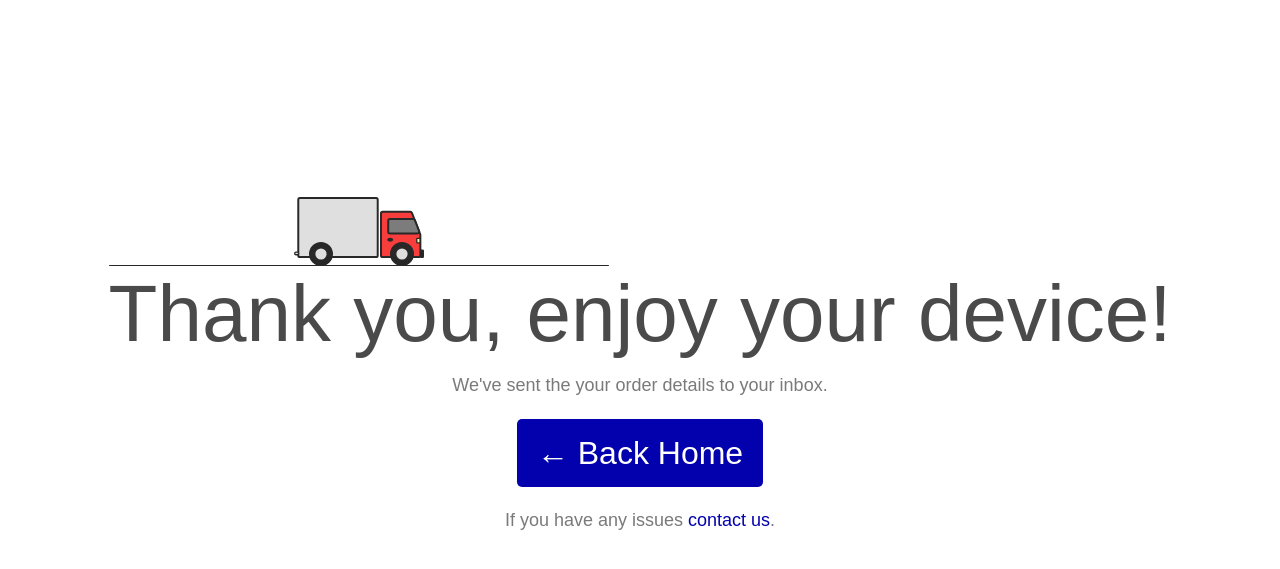
Repository: Davidobi21/macelect
Page: frontend/pages/thank-you.html
These files come from the project's save history. The page is drawn as it stood at one moment and after the next save; the edit follows.
The browser window is 1280 px wide. The pictures show the whole page.

Above is the page before, as saved 2025-05-06 10:34:10.

### frontend/pages/thank-you.html
<!DOCTYPE html>
<html lang="en">
<head>
  <meta charset="UTF-8">
  <meta name="viewport" content="width=device-width, initial-scale=1.0">
  <title>Thank You</title>
  <link href="https://cdn.jsdelivr.net/npm/bootstrap@5.3.0-alpha1/dist/css/bootstrap.min.css" rel="stylesheet">
  <style>
    body {
      display: flex;
      justify-content: center;
      align-items: center;
      height: 100vh;
      margin: 0;
      font-family: 'Arial', sans-serif;
    }

    /* From Uiverse.io by vinodjangid07 */
.loader {
  width: fit-content;
  height: fit-content;
  display: flex;
  align-items: center;
  justify-content: center;
}

.truckWrapper {
  width: 500px;
  height: 100px;
  display: flex;
  flex-direction: column;
  position: relative;
  align-items: center;
  justify-content: flex-end;
  overflow-x: hidden;
}
/* truck upper body */
.truckBody {
  width: 130px;
  height: fit-content;
  margin-bottom: 6px;
  animation: motion 1s linear infinite;
}
/* truck suspension animation*/
@keyframes motion {
  0% {
    transform: translateY(0px);
  }
  50% {
    transform: translateY(3px);
  }
  100% {
    transform: translateY(0px);
  }
}
/* truck's tires */
.truckTires {
  width: 130px;
  height: fit-content;
  display: flex;
  align-items: center;
  justify-content: space-between;
  padding: 0px 10px 0px 15px;
  position: absolute;
  bottom: 0;
}
.truckTires svg {
  width: 24px;
}

.road {
  width: 100%;
  height: 1.5px;
  background-color: #282828;
  position: relative;
  bottom: 0;
  align-self: flex-end;
  border-radius: 3px;
}
.road::before {
  content: "";
  position: absolute;
  width: 20px;
  height: 100%;
  background-color: #282828;
  right: -50%;
  border-radius: 3px;
  animation: roadAnimation 1.4s linear infinite;
  border-left: 10px solid white;
}
.road::after {
  content: "";
  position: absolute;
  width: 10px;
  height: 100%;
  background-color: #282828;
  right: -65%;
  border-radius: 3px;
  animation: roadAnimation 1.4s linear infinite;
  border-left: 4px solid white;
}

.lampPost {
  position: absolute;
  bottom: 0;
  right: -90%;
  height: 90px;
  animation: roadAnimation 1.4s linear infinite;
}

@keyframes roadAnimation {
  0% {
    transform: translateX(0px);
  }
  100% {
    transform: translateX(-350px);
  }
}

    .thank-you-container {
      text-align: center;
      padding: 40px;
      border-radius: 10px;
    }
    .thank-you-container img {
      width: 400px;
      margin-bottom: 20px;
    }
    .thank-you-container h1 {
      font-size: 5rem;
      color: #4a4a4a;
      margin-bottom: 10px;
    }
    .thank-you-container p {
      color: #7a7a7a;
      font-size: large;
      margin-bottom: 20px;
    }
    .thank-you-container .btn {
      background-color: #0300ad;
      color: #fff;
      padding: 10px 20px;
      border: none;
      border-radius: 5px;
      text-decoration: none;
      font-size: 2rem;
    }
    .thank-you-container .btn:hover {
      background-color: #e14c6a;
    }
    .thank-you-container .contact {
      margin-top: 20px;
      font-size: 0.9rem;
      color: #7a7a7a;
    }
    .thank-you-container .contact a {
      color:  #0300ad;
      text-decoration: none;
    }
    .thank-you-container .contact a:hover {
      text-decoration: underline;
    }
  </style>
</head>
<body>
  <div class="thank-you-container">
    <!-- From Uiverse.io by vinodjangid07 -->
<div class="loader">
  <div class="truckWrapper">
    <div class="truckBody">
      <svg
        xmlns="http://www.w3.org/2000/svg"
        fill="none"
        viewBox="0 0 198 93"
        class="trucksvg"
      >
        <path
          stroke-width="3"
          stroke="#282828"
          fill="#F83D3D"
          d="M135 22.5H177.264C178.295 22.5 179.22 23.133 179.594 24.0939L192.33 56.8443C192.442 57.1332 192.5 57.4404 192.5 57.7504V89C192.5 90.3807 191.381 91.5 190 91.5H135C133.619 91.5 132.5 90.3807 132.5 89V25C132.5 23.6193 133.619 22.5 135 22.5Z"
        ></path>
        <path
          stroke-width="3"
          stroke="#282828"
          fill="#7D7C7C"
          d="M146 33.5H181.741C182.779 33.5 183.709 34.1415 184.078 35.112L190.538 52.112C191.16 53.748 189.951 55.5 188.201 55.5H146C144.619 55.5 143.5 54.3807 143.5 53V36C143.5 34.6193 144.619 33.5 146 33.5Z"
        ></path>
        <path
          stroke-width="2"
          stroke="#282828"
          fill="#282828"
          d="M150 65C150 65.39 149.763 65.8656 149.127 66.2893C148.499 66.7083 147.573 67 146.5 67C145.427 67 144.501 66.7083 143.873 66.2893C143.237 65.8656 143 65.39 143 65C143 64.61 143.237 64.1344 143.873 63.7107C144.501 63.2917 145.427 63 146.5 63C147.573 63 148.499 63.2917 149.127 63.7107C149.763 64.1344 150 64.61 150 65Z"
        ></path>
        <rect
          stroke-width="2"
          stroke="#282828"
          fill="#FFFCAB"
          rx="1"
          height="7"
          width="5"
          y="63"
          x="187"
        ></rect>
        <rect
          stroke-width="2"
          stroke="#282828"
          fill="#282828"
          rx="1"
          height="11"
          width="4"
          y="81"
          x="193"
        ></rect>
        <rect
          stroke-width="3"
          stroke="#282828"
          fill="#DFDFDF"
          rx="2.5"
          height="90"
          width="121"
          y="1.5"
          x="6.5"
        ></rect>
        <rect
          stroke-width="2"
          stroke="#282828"
          fill="#DFDFDF"
          rx="2"
          height="4"
          width="6"
          y="84"
          x="1"
        ></rect>
      </svg>
    </div>
    <div class="truckTires">
      <svg
        xmlns="http://www.w3.org/2000/svg"
        fill="none"
        viewBox="0 0 30 30"
        class="tiresvg"
      >
        <circle
          stroke-width="3"
          stroke="#282828"
          fill="#282828"
          r="13.5"
          cy="15"
          cx="15"
        ></circle>
        <circle fill="#DFDFDF" r="7" cy="15" cx="15"></circle>
      </svg>
      <svg
        xmlns="http://www.w3.org/2000/svg"
        fill="none"
        viewBox="0 0 30 30"
        class="tiresvg"
      >
        <circle
          stroke-width="3"
          stroke="#282828"
          fill="#282828"
          r="13.5"
          cy="15"
          cx="15"
        ></circle>
        <circle fill="#DFDFDF" r="7" cy="15" cx="15"></circle>
      </svg>
    </div>
    <div class="road"></div>

    <svg
      xml:space="preserve"
      viewBox="0 0 453.459 453.459"
      xmlns:xlink="http://www.w3.org/1999/xlink"
      xmlns="http://www.w3.org/2000/svg"
      id="Capa_1"
      version="1.1"
      fill="#000000"
      class="lampPost"
    >
      <path
        d="M252.882,0c-37.781,0-68.686,29.953-70.245,67.358h-6.917v8.954c-26.109,2.163-45.463,10.011-45.463,19.366h9.993
c-1.65,5.146-2.507,10.54-2.507,16.017c0,28.956,23.558,52.514,52.514,52.514c28.956,0,52.514-23.558,52.514-52.514
c0-5.478-0.856-10.872-2.506-16.017h9.992c0-9.354-19.352-17.204-45.463-19.366v-8.954h-6.149C200.189,38.779,223.924,16,252.882,16
c29.952,0,54.32,24.368,54.32,54.32c0,28.774-11.078,37.009-25.105,47.437c-17.444,12.968-37.216,27.667-37.216,78.884v113.914
h-0.797c-5.068,0-9.174,4.108-9.174,9.177c0,2.844,1.293,5.383,3.321,7.066c-3.432,27.933-26.851,95.744-8.226,115.459v11.202h45.75
v-11.202c18.625-19.715-4.794-87.527-8.227-115.459c2.029-1.683,3.322-4.223,3.322-7.066c0-5.068-4.107-9.177-9.176-9.177h-0.795
V196.641c0-43.174,14.942-54.283,30.762-66.043c14.793-10.997,31.559-23.461,31.559-60.277C323.202,31.545,291.656,0,252.882,0z
M232.77,111.694c0,23.442-19.071,42.514-42.514,42.514c-23.442,0-42.514-19.072-42.514-42.514c0-5.531,1.078-10.957,3.141-16.017
h78.747C231.693,100.736,232.77,106.162,232.77,111.694z"
      ></path>
    </svg>
  </div>
</div>

    <h1>Thank you, enjoy your device!</h1>
    <p>We've sent the your order details to your inbox.</p>
    <a href="../index.html" class="btn">← Back Home</a>
    <div class="contact">
      <p>If you have any issues <a href="contact.html">contact us</a>.</p>
    </div>
  </div>
</body>
</html>

After the next save:
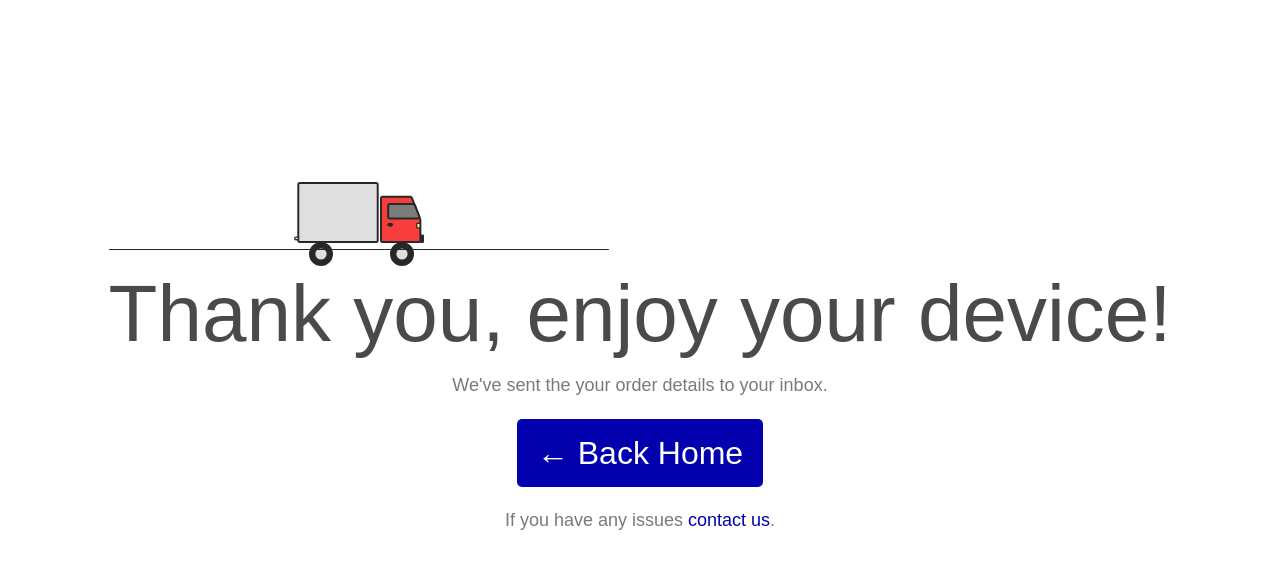
Saved 27 s later.
--- a/frontend/pages/thank-you.html
+++ b/frontend/pages/thank-you.html
@@ -31,7 +31,7 @@
   flex-direction: column;
   position: relative;
   align-items: center;
-  justify-content: flex-end;
+  justify-content: center;
   overflow-x: hidden;
 }
 /* truck upper body */

After the save that followed:
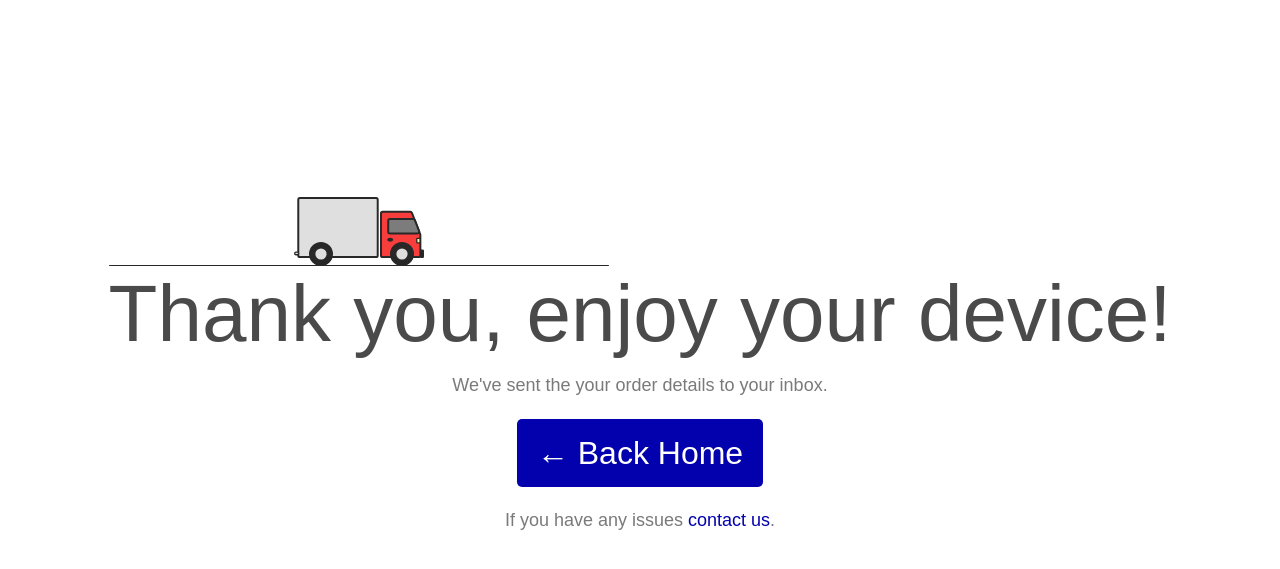
Saved 9 s later.
--- a/frontend/pages/thank-you.html
+++ b/frontend/pages/thank-you.html
@@ -31,7 +31,7 @@
   flex-direction: column;
   position: relative;
   align-items: center;
-  justify-content: center;
+  justify-content: flex-end;
   overflow-x: hidden;
 }
 /* truck upper body */
